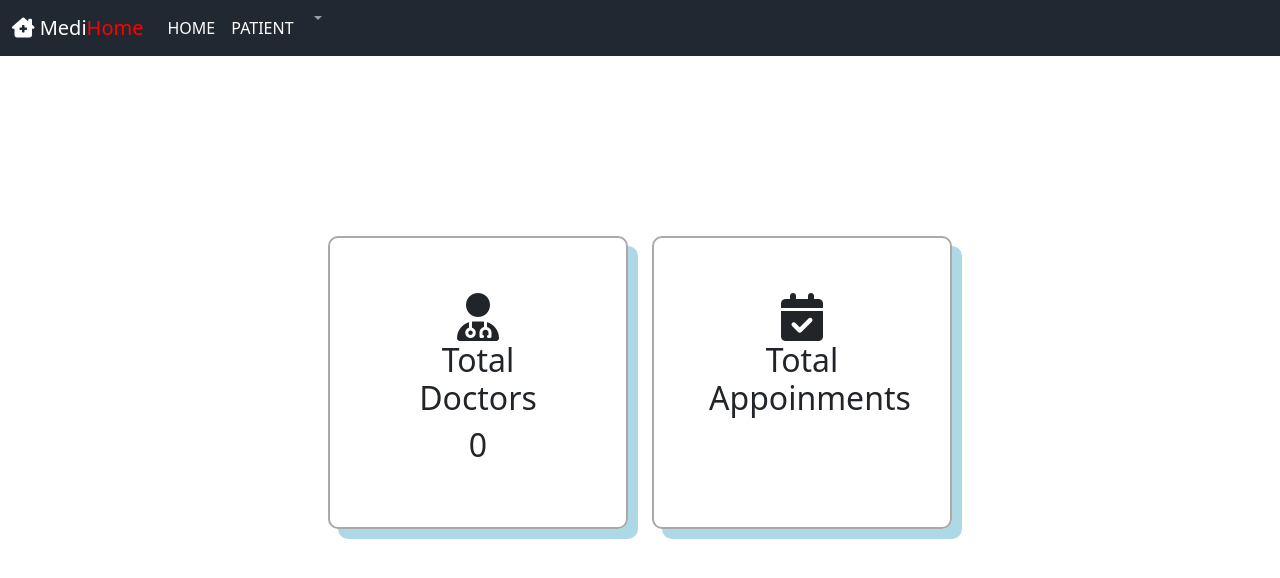
Repository: SparshGarg1/Hospital-Management-System
Page: http://localhost/Hospital/UpdateDoctorfromdoctoreditprofile?id1=0
These files come from the project's save history. The page is drawn as it stood at one moment and after the next save; the edit follows.
The browser window is 1280 px wide. The pictures show the whole page.
Some web libraries are served in a nearby version. The page is served by Tomcat 9. Queries for data that is not in the repository find no rows.

Above is the page before, as saved 2022-08-21 06:10:03.

After the next save:
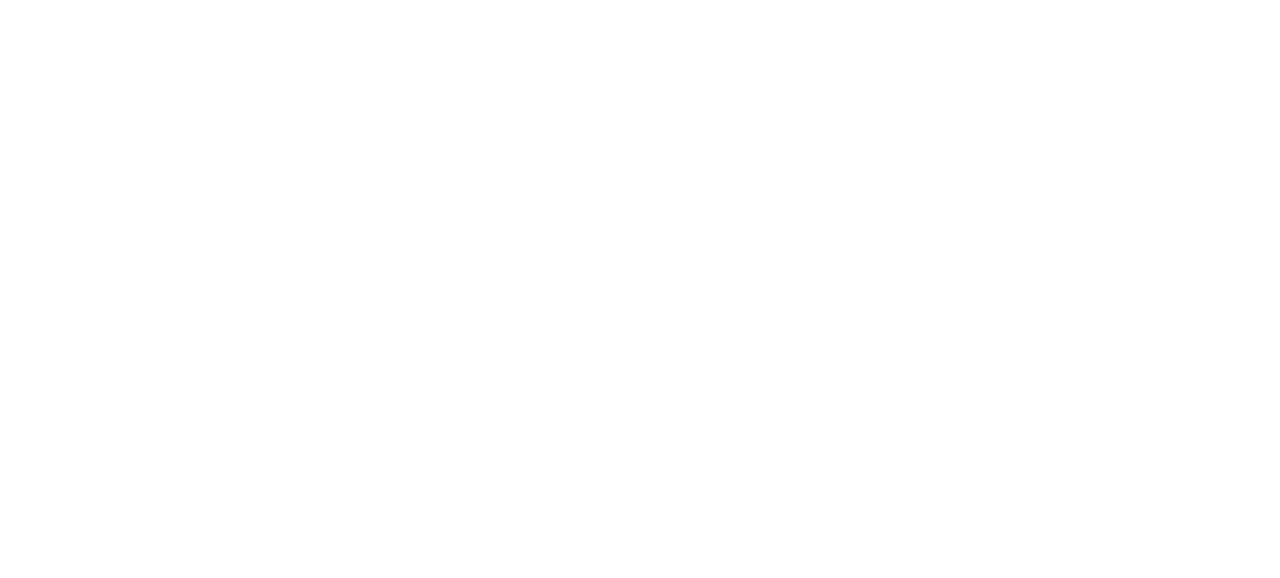
Saved 44 s later.
--- a/Hospital/WebContent/doctorportal.jsp
+++ b/Hospital/WebContent/doctorportal.jsp
@@ -91,6 +91,7 @@
 <!--Appoinment count  -->
 <%
 String qr2 = "select * from appoinment where id=?";
+int id1 = Integer.parseInt("id");
 PreparedStatement ps2 = con.prepareStatement(qr2);
 ps2.setString(1, email);
 ResultSet rs2 = ps2.executeQuery();

After the save that followed:
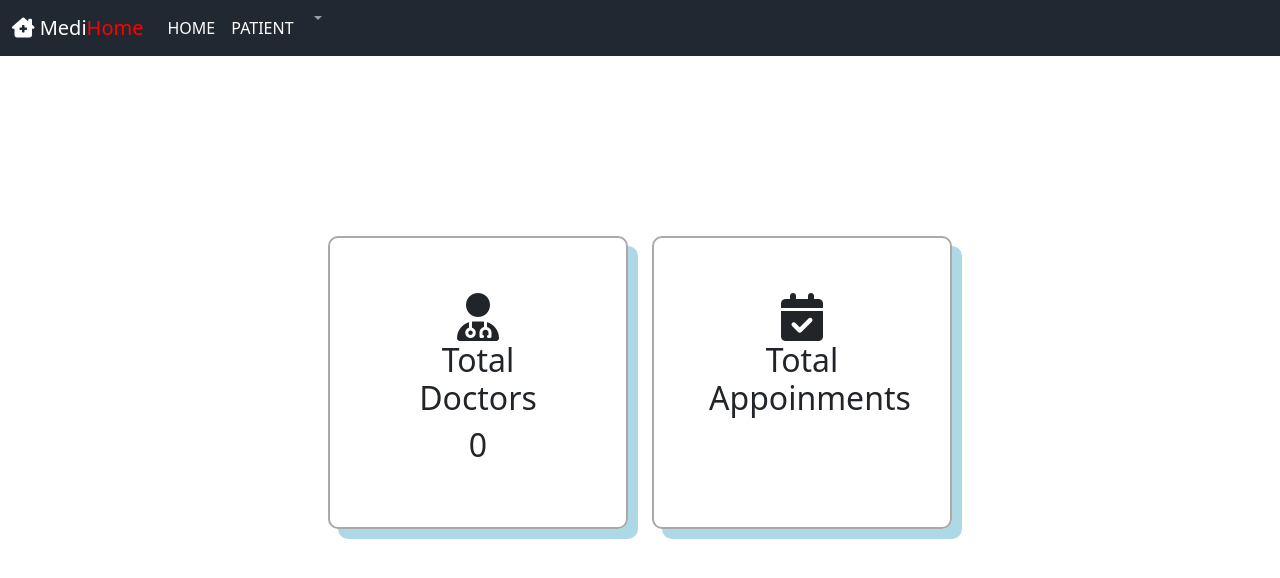
Saved 55 s later.
--- a/Hospital/WebContent/doctorportal.jsp
+++ b/Hospital/WebContent/doctorportal.jsp
@@ -91,9 +91,9 @@
 <!--Appoinment count  -->
 <%
 String qr2 = "select * from appoinment where id=?";
-int id1 = Integer.parseInt("id");
+String id1 = id+"";
 PreparedStatement ps2 = con.prepareStatement(qr2);
-ps2.setString(1, email);
+ps2.setString(1, id1);
 ResultSet rs2 = ps2.executeQuery();
 int k=0;
 while(rs2.next())
